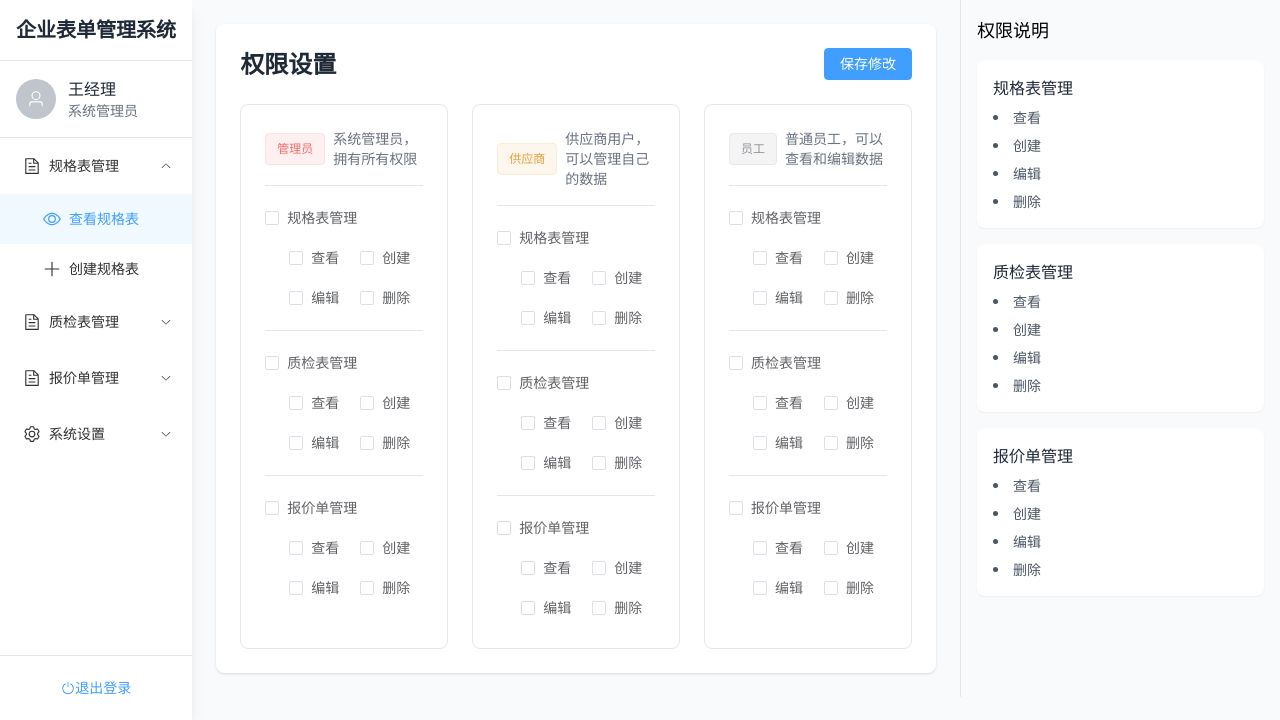
Repository: restyhap/yarn-vite-web-01-02
Page: /settings/permissions
These files come from the project's save history. The page is drawn as it stood at one moment and after the next save; the edit follows.
The browser window is 1280 px wide. The pictures show the whole page.
The project was rebuilt for these pictures with package versions that can differ from the ones it lists, and the page was loaded fresh each time. Also part of the build but not shown: vite.config.js, src/views/login/Login.vue.

Above is the page before, as saved 2025-02-24 19:15:44.

### index.html
<!doctype html>
<html lang="en">
  <head>
    <meta charset="UTF-8" />
    <link rel="icon" type="image/svg+xml" href="/vite.svg" />
    <meta name="viewport" content="width=device-width, initial-scale=1.0" />
    <title>Vite + Vue</title>
    <style>
      html,body,#app{
        height: 100%;
        width: 100%;
        margin: 0;
        padding: 0;
      }
    </style>
  </head>
  <body>
    <div id="app"></div>
    <script type="module" src="/src/main.js"></script>
  </body>
</html>

### src/main.js
import { createApp } from 'vue'

import App from './App.vue'

// 引入tailwindcss样式
import '@/tailwind.css'
// 引入element-plus样式
import 'element-plus/dist/index.css'
// 引入element-plus
import ElementPlus from 'element-plus'
// 引入element-plus图标
import * as ElementPlusIconsVue from '@element-plus/icons-vue'
import router from './router'
// 添加 pinia 依赖
import { createPinia } from 'pinia'
// 实例化 pinia 插件
let pinia = createPinia()


import axios from 'axios'
import VueAxios from 'vue-axios'

const app = createApp(App); // 创建vue实例
app.use(ElementPlus) ; // 注册element-plus
// 注册element-plus图标
for (const [key, component] of Object.entries(ElementPlusIconsVue)) {
  app.component(key, component)
}
// 注册路由
app.use(router)
// 注册仓库
app.use(pinia)

// 挂载实例
app.mount('#app')

### src/App.vue
<script setup></script>
<template>
  <router-view/>
</template>
<style scoped></style>

### src/router/index.js
/*
 * @Author: resty restyhap@hotmail.com
 * @Date: 2024-10-31 17:23:18
 * @LastEditors: resty restyhap@hotmail.com
 * @LastEditTime: 2025-01-15 15:15:08
 * @FilePath: /yarn-vite-web-01-02/src/router/index.js
 * @Description: 这是默认设置,请设置`customMade`, 打开koroFileHeader查看配置 进行设置: https://github.com/OBKoro1/koro1FileHeader/wiki/%E9%85%8D%E7%BD%AE
 */
import {createWebHistory, createRouter} from "vue-router";
import Index from '../views/index/Index.vue'
import Login from '@/views/login/Login.vue'
const routes = [
  {
    // 主页的重定向
    path:"/",
    name:"login",
    component: Login,
  },
  {
    path: "/index",
    name: "index",
    component: Index,
    children:[
      { path:"", redirect: "/prod/list" },
      { path: "/prod/list", name: "productList", component: () => import("@/views/index/prod/List.vue"), },
      { path: "/prod/create" , name : "productCreate" , component:()=> import("@/views/index/prod/Create.vue") } ,
      { path: "/prod/info/:id", name: "productInfo", component: () => import("@/views/index/prod/Info.vue") },
      { path: "/quote/list", name: "quoteList", component: () => import("@/views/index/quote/List.vue"), },
      { path: "/quote/create" , name : "quoteCreat" , component:()=> import("@/views/index/quote/Create.vue") },
      { path: "/spec/list", name: "specList", component: () => import("@/views/index/spec/List.vue"), },
      { path: "/spec/create" , name : "specCreate" , component:()=> import("@/views/index/spec/Create.vue") },
      { path: "/settings/users" , name : "users" , component:()=> import("@/views/index/settings/Users.vue") },
      { path: "/settings/permissions" , name : "permissions" , component:()=> import("@/views/index/settings/Permissions.vue") }
    ]
  },


]

const router = createRouter({
  //参考:https://router.vuejs.org/zh/api/#history
  //import.meta.env.BASE_URL 就是base 也就是指定的根路径.
  mode: "history",
  history: createWebHistory(import.meta.env.BASE_URL),
  routes
});

export default router;

### src/views/index/Index.vue
<!-- 代码已包含 CSS：使用 TailwindCSS , 安装 TailwindCSS 后方可看到布局样式效果 -->
<template>
  <div class="min-h-screen bg-gray-50 flex">
    <!-- 侧边导航栏 -->
    <SideNav />
    <router-view/>
  </div>
</template>

<script lang="ts" setup>
import SideNav from '@/components/SideNav.vue';
</script>

<style scoped>
.el-button {
  margin-left: 4px;
  margin-right: 4px;
}
</style>

### src/views/index/settings/Permissions.vue
<template>
  <div class="flex h-full">
    <!-- 左侧权限设置部分 -->
    <div class="flex-1 p-6 overflow-y-auto">
      <div class="bg-white rounded-lg shadow p-6">
        <div class="flex justify-between items-center mb-6">
          <h2 class="text-2xl font-bold text-gray-800">权限设置</h2>
          <el-button type="primary" @click="handleSave">保存修改</el-button>
        </div>

        <!-- 改为横向排列的角色列表 -->
        <div class="grid grid-cols-3 gap-6">  <!-- 修改为 grid-cols-3 -->
          <div v-for="role in roles" :key="role.id" class="border rounded-lg p-6">
            <div class="flex items-center justify-between mb-4">
              <div class="flex items-center gap-2">
                <el-tag :type="getRoleType(role.name)" size="large">{{ role.name }}</el-tag>
                <span class="text-gray-500 text-sm">{{ role.description }}</span>
              </div>
            </div>

            <!-- 权限模块 -->
            <div class="space-y-4">  <!-- 调整间距 -->
              <div v-for="module in permissionModules" :key="module.id" class="border-t pt-4">
                <div class="flex items-center mb-2">
                  <el-checkbox
                    v-model="role.permissions[module.id]"
                    :indeterminate="isIndeterminate(role.id, module.id)"
                    @change="handleModuleChange($event, role.id, module.id)"
                  >
                    <span class="font-medium">{{ module.name }}</span>
                  </el-checkbox>
                </div>

                <div class="ml-6 grid grid-cols-2 gap-2">  <!-- 修改为 grid-cols-2 -->
                  <div v-for="permission in module.permissions" :key="permission.id">
                    <el-checkbox
                      v-model="role.permissions[`${module.id}_${permission.id}`]"
                      @change="handlePermissionChange(role.id, module.id)"
                    >
                      {{ permission.name }}
                    </el-checkbox>
                  </div>
                </div>
              </div>
            </div>
          </div>
        </div>
      </div>
    </div>

    <!-- 右侧容器 -->
    <div class="w-80 border-l bg-gray-50 p-4 overflow-y-auto">
      <h3 class="text-lg font-medium mb-4">权限说明</h3>
      <div class="space-y-4">
        <div v-for="module in permissionModules" :key="module.id" class="bg-white p-4 rounded-lg shadow-sm">
          <h4 class="font-medium mb-2 text-gray-800">{{ module.name }}</h4>
          <ul class="list-disc list-inside text-sm text-gray-600 space-y-2">
            <li v-for="permission in module.permissions" :key="permission.id">
              {{ permission.name }}
            </li>
          </ul>
        </div>
      </div>
    </div>
  </div>
</template>

<script lang="ts" setup>
import { ref } from 'vue'
import { ElMessage } from 'element-plus'

interface Permission {
  id: string;
  name: string;
}

interface Module {
  id: string;
  name: string;
  permissions: Permission[];
}

interface Role {
  id: string;
  name: string;
  description: string;
  permissions: Record<string, boolean>;
}

// 角色列表
const roles = ref<Role[]>([
  {
    id: '1',
    name: '管理员',
    description: '系统管理员，拥有所有权限',
    permissions: {}
  },
  {
    id: '2',
    name: '供应商',
    description: '供应商用户，可以管理自己的数据',
    permissions: {}
  },
  {
    id: '3',
    name: '员工',
    description: '普通员工，可以查看和编辑数据',
    permissions: {}
  }
]);

// 权限模块
const permissionModules = ref<Module[]>([
  {
    id: 'prod',
    name: '规格表管理',
    permissions: [
      { id: 'view', name: '查看' },
      { id: 'create', name: '创建' },
      { id: 'edit', name: '编辑' },
      { id: 'delete', name: '删除' }
    ]
  },
  {
    id: 'spec',
    name: '质检表管理',
    permissions: [
      { id: 'view', name: '查看' },
      { id: 'create', name: '创建' },
      { id: 'edit', name: '编辑' },
      { id: 'delete', name: '删除' }
    ]
  },
  {
    id: 'quote',
    name: '报价单管理',
    permissions: [
      { id: 'view', name: '查看' },
      { id: 'create', name: '创建' },
      { id: 'edit', name: '编辑' },
      { id: 'delete', name: '删除' }
    ]
  }
]);

// 获取角色标签类型
const getRoleType = (roleName: string) => {
  switch (roleName) {
    case '管理员':
      return 'danger';
    case '供应商':
      return 'warning';
    default:
      return 'info';
  }
};

// 检查模块权限是否部分选中
const isIndeterminate = (roleId: string, moduleId: string) => {
  const role = roles.value.find(r => r.id === roleId);
  if (!role) return false;

  const module = permissionModules.value.find(m => m.id === moduleId);
  if (!module) return false;

  const permissions = module.permissions;
  const selectedCount = permissions.filter(p => role.permissions[`${moduleId}_${p.id}`]).length;

  return selectedCount > 0 && selectedCount < permissions.length;
};

// 处理模块权限变更
const handleModuleChange = (checked: boolean, roleId: string, moduleId: string) => {
  const role = roles.value.find(r => r.id === roleId);
  if (!role) return;

  const module = permissionModules.value.find(m => m.id === moduleId);
  if (!module) return;

  module.permissions.forEach(permission => {
    role.permissions[`${moduleId}_${permission.id}`] = checked;
  });
};

// 处理单个权限变更
const handlePermissionChange = (roleId: string, moduleId: string) => {
  const role = roles.value.find(r => r.id === roleId);
  if (!role) return;

  const module = permissionModules.value.find(m => m.id === moduleId);
  if (!module) return;

  const allChecked = module.permissions.every(p => role.permissions[`${moduleId}_${p.id}`]);
  role.permissions[moduleId] = allChecked;
};

// 保存修改
const handleSave = () => {
  ElMessage.success('保存成功');
};
</script>

### src/components/SideNav.vue
<template>
  <div class="w-64 bg-white h-screen shadow-lg flex flex-col">
    <!-- 顶部系统信息 -->
    <div class="p-4 border-b">
      <h1 class="text-xl font-bold text-gray-800">企业表单管理系统</h1>
    </div>

    <!-- 用户信息区 -->
    <div class="p-4 border-b flex items-center gap-3">
      <el-avatar :size="40" :icon="User"/>
      <div class="flex flex-col">
        <span class="font-medium text-gray-800">{{ userName }}</span>
        <span class="text-sm text-gray-500">{{ userRole }}</span>
      </div>
    </div>

    <!-- 导航菜单 -->
    <el-menu
        class="border-0 flex-1"
        :default-active="activeMenu"
        @select="handleSelect"
        :router="true"
        unique-opened="true"
    >
      <el-sub-menu v-for="menu in menuItems" :key="menu.index" :index="menu.index">
        <template #title>
          <el-icon>
            <component :is="menu.icon"/>
          </el-icon>
          <span>{{ menu.title }}</span>
        </template>
        <el-menu-item v-for="subMenu in menu.children" :key="subMenu.index" :index="subMenu.index">
          <el-icon>
            <component :is="subMenu.icon"/>
          </el-icon>
          <span>{{ subMenu.title }}</span>
        </el-menu-item>
      </el-sub-menu>
    </el-menu>

    <!-- 底部操作区 -->
    <div class="p-4 border-t">
      <el-button type="text" class="w-full flex items-center justify-center gap-2" @click="handleLogout">
        <el-icon>
          <SwitchButton/>
        </el-icon>
        退出登录
      </el-button>
    </div>
  </div>
</template>

<script lang="ts" setup>
import {ref} from 'vue';
import {useRouter} from 'vue-router';
import {Document, Setting, User, Lock, View, Plus, SwitchButton} from '@element-plus/icons-vue';
import {ElMessageBox} from 'element-plus';

const router = useRouter();
const activeMenu = ref('/prod/list');

// 用户信息
const userName = ref('王经理');
const userRole = ref('系统管理员');

// 菜单配置数据
const menuItems = [

  {
    index: '/prod',
    title: '规格表管理',
    icon: Document,
    children: [
      {
        index: '/prod/list',
        title: '查看规格表',
        icon: View
      },
      {
        index: '/prod/create',
        title: '创建规格表',
        icon: Plus
      }
    ]
  },
  {
    index: '/spec',
    title: '质检表管理',
    icon: Document,
    children: [
      {
        index: '/spec/list',
        title: '查看质检表',
        icon: View
      },
      {
        index: '/spec/create',
        title: '创建质检表',
        icon: Plus
      }
    ]
  },
  {
    index: '/quote',
    title: '报价单管理',
    icon: Document,
    children: [
      {
        index: '/quote/list',
        title: '查看报价单',
        icon: View
      },
      {
        index: '/quote/create',
        title: '创建报价单',
        icon: Plus
      }
    ]
  },



  {
    index: '/settings',
    title: '系统设置',
    icon: Setting,
    children: [
      {
        index: '/settings/users',
        title: '用户管理',
        icon: User
      },
      {
        index: '/settings/permissions',
        title: '权限设置',
        icon: Lock
      }
    ]
  }
];

const handleSelect = (index: string) => {
  console.log('导航到:', index);
};

const handleLogout = () => {
  ElMessageBox.confirm(
      '确定要退出登录吗？',
      '提示',
      {
        confirmButtonText: '确定',
        cancelButtonText: '取消',
        type: 'warning',
      }
  ).then(() => {
    router.push('/login');
  }).catch(() => {
  });
};
</script>

<style scoped>
.el-menu {
  border-right: none;
}

.el-menu-item.is-active {
  background-color: #f0f9ff;
}
</style>

Loaded but not shown: src/tailwind.css (common file); tailwind.config.js (common file)

After the next save:
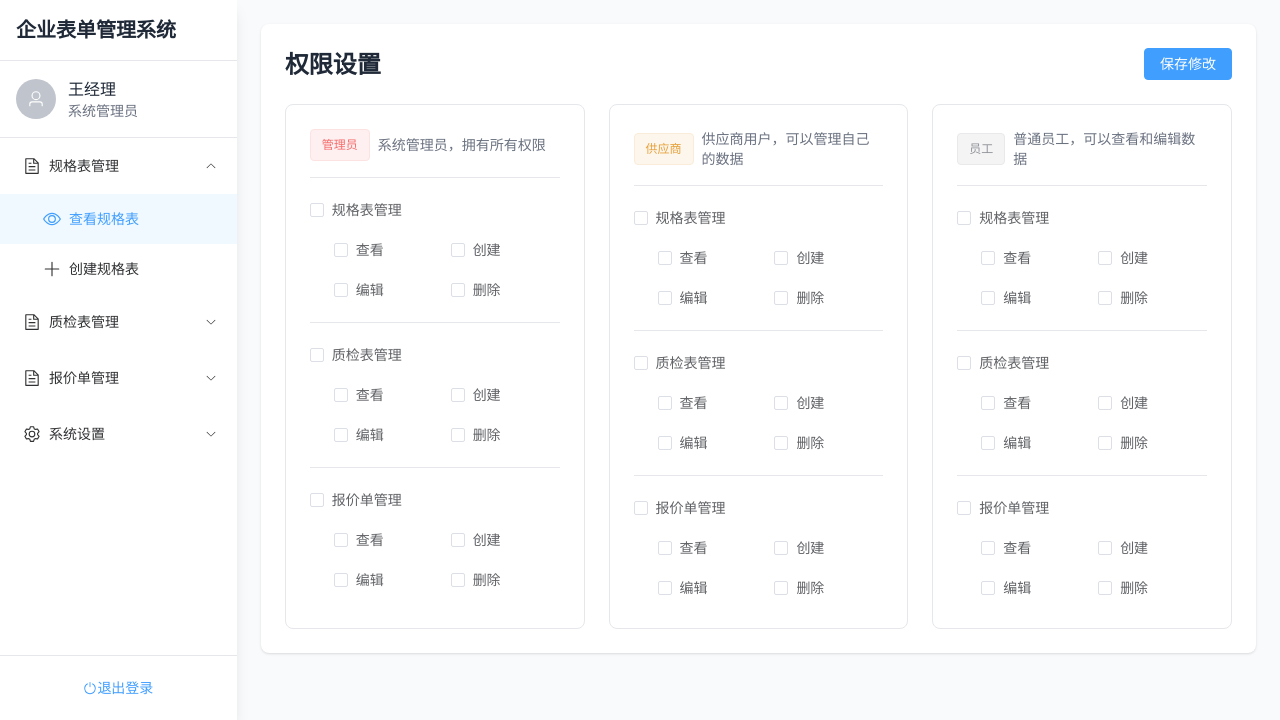
Saved 98 s later.
--- a/src/views/index/settings/Permissions.vue
+++ b/src/views/index/settings/Permissions.vue
@@ -1,15 +1,14 @@
 <template>
-  <div class="flex h-full">
-    <!-- 左侧权限设置部分 -->
-    <div class="flex-1 p-6 overflow-y-auto">
+  <div class="flex h-full items-center justify-center">  <!-- 添加居中对齐 -->
+    <div class="w-full max-w-7xl p-6">  <!-- 添加最大宽度和padding -->
       <div class="bg-white rounded-lg shadow p-6">
         <div class="flex justify-between items-center mb-6">
           <h2 class="text-2xl font-bold text-gray-800">权限设置</h2>
           <el-button type="primary" @click="handleSave">保存修改</el-button>
         </div>
 
-        <!-- 改为横向排列的角色列表 -->
-        <div class="grid grid-cols-3 gap-6">  <!-- 修改为 grid-cols-3 -->
+        <!-- 横向排列的角色列表 -->
+        <div class="grid grid-cols-3 gap-6">
           <div v-for="role in roles" :key="role.id" class="border rounded-lg p-6">
             <div class="flex items-center justify-between mb-4">
               <div class="flex items-center gap-2">
@@ -19,7 +18,7 @@
             </div>
 
             <!-- 权限模块 -->
-            <div class="space-y-4">  <!-- 调整间距 -->
+            <div class="space-y-4">
               <div v-for="module in permissionModules" :key="module.id" class="border-t pt-4">
                 <div class="flex items-center mb-2">
                   <el-checkbox
@@ -31,7 +30,7 @@
                   </el-checkbox>
                 </div>
 
-                <div class="ml-6 grid grid-cols-2 gap-2">  <!-- 修改为 grid-cols-2 -->
+                <div class="ml-6 grid grid-cols-2 gap-2">
                   <div v-for="permission in module.permissions" :key="permission.id">
                     <el-checkbox
                       v-model="role.permissions[`${module.id}_${permission.id}`]"
@@ -47,45 +46,13 @@
         </div>
       </div>
     </div>
-
-    <!-- 右侧容器 -->
-    <div class="w-80 border-l bg-gray-50 p-4 overflow-y-auto">
-      <h3 class="text-lg font-medium mb-4">权限说明</h3>
-      <div class="space-y-4">
-        <div v-for="module in permissionModules" :key="module.id" class="bg-white p-4 rounded-lg shadow-sm">
-          <h4 class="font-medium mb-2 text-gray-800">{{ module.name }}</h4>
-          <ul class="list-disc list-inside text-sm text-gray-600 space-y-2">
-            <li v-for="permission in module.permissions" :key="permission.id">
-              {{ permission.name }}
-            </li>
-          </ul>
-        </div>
-      </div>
-    </div>
   </div>
 </template>
 
 <script lang="ts" setup>
 import { ref } from 'vue'
 import { ElMessage } from 'element-plus'
-
-interface Permission {
-  id: string;
-  name: string;
-}
-
-interface Module {
-  id: string;
-  name: string;
-  permissions: Permission[];
-}
-
-interface Role {
-  id: string;
-  name: string;
-  description: string;
-  permissions: Record<string, boolean>;
-}
+import type { Role, Module, Permission } from '@/types/permission'
 
 // 角色列表
 const roles = ref<Role[]>([
@@ -144,7 +111,7 @@ const permissionModules = ref<Module[]>([
 ]);
 
 // 获取角色标签类型
-const getRoleType = (roleName: string) => {
+const getRoleType = (roleName: string): string => {
   switch (roleName) {
     case '管理员':
       return 'danger';
@@ -156,46 +123,46 @@ const getRoleType = (roleName: string) => {
 };
 
 // 检查模块权限是否部分选中
-const isIndeterminate = (roleId: string, moduleId: string) => {
-  const role = roles.value.find(r => r.id === roleId);
+const isIndeterminate = (roleId: string, moduleId: string): boolean => {
+  const role = roles.value.find((r: Role) => r.id === roleId);
   if (!role) return false;
 
-  const module = permissionModules.value.find(m => m.id === moduleId);
+  const module = permissionModules.value.find((m: Module) => m.id === moduleId);
   if (!module) return false;
 
   const permissions = module.permissions;
-  const selectedCount = permissions.filter(p => role.permissions[`${moduleId}_${p.id}`]).length;
+  const selectedCount = permissions.filter((p: Permission) => role.permissions[`${moduleId}_${p.id}`]).length;
 
   return selectedCount > 0 && selectedCount < permissions.length;
 };
 
 // 处理模块权限变更
-const handleModuleChange = (checked: boolean, roleId: string, moduleId: string) => {
-  const role = roles.value.find(r => r.id === roleId);
+const handleModuleChange = (checked: boolean, roleId: string, moduleId: string): void => {
+  const role = roles.value.find((r: Role) => r.id === roleId);
   if (!role) return;
 
-  const module = permissionModules.value.find(m => m.id === moduleId);
+  const module = permissionModules.value.find((m: Module) => m.id === moduleId);
   if (!module) return;
 
-  module.permissions.forEach(permission => {
+  module.permissions.forEach((permission: Permission) => {
     role.permissions[`${moduleId}_${permission.id}`] = checked;
   });
 };
 
 // 处理单个权限变更
-const handlePermissionChange = (roleId: string, moduleId: string) => {
-  const role = roles.value.find(r => r.id === roleId);
+const handlePermissionChange = (roleId: string, moduleId: string): void => {
+  const role = roles.value.find((r: Role) => r.id === roleId);
   if (!role) return;
 
-  const module = permissionModules.value.find(m => m.id === moduleId);
+  const module = permissionModules.value.find((m: Module) => m.id === moduleId);
   if (!module) return;
 
-  const allChecked = module.permissions.every(p => role.permissions[`${moduleId}_${p.id}`]);
+  const allChecked = module.permissions.every((p: Permission) => role.permissions[`${moduleId}_${p.id}`]);
   role.permissions[moduleId] = allChecked;
 };
 
 // 保存修改
-const handleSave = () => {
+const handleSave = (): void => {
   ElMessage.success('保存成功');
 };
 </script>
